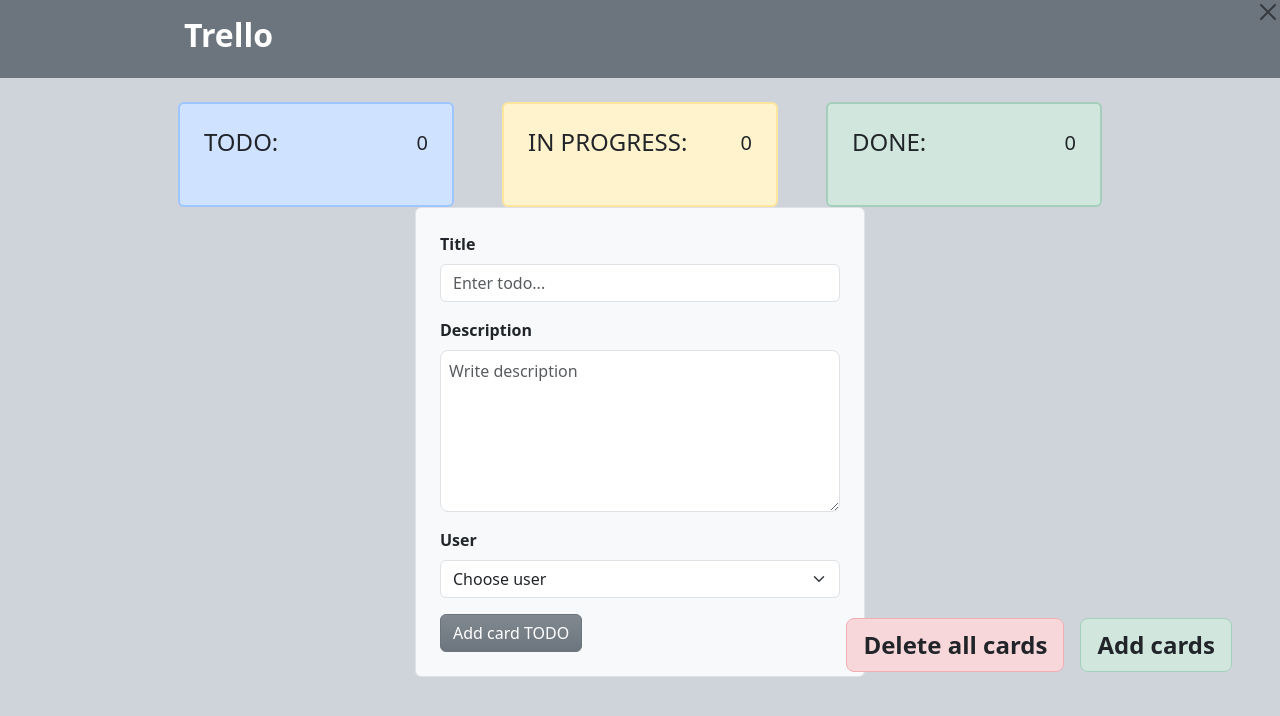
Repository: Valeria154/trello-app-clone
Page: / (app in trello-app-project/)
The author's editor kept a copy of each file at every save. The page is drawn from the files as they stood at one save, then again after the next save.
The browser window is 1280 px wide. The pictures show the whole page.
The project was rebuilt for these pictures with package versions that can differ from the ones it lists, and the page was loaded fresh each time. Also part of the build but not shown: trello-app-project/vite.config.js.

Above is the page before, as saved 2025-03-15 19:59:36.
Console error: ReferenceError: showClock is not defined

After the next save:
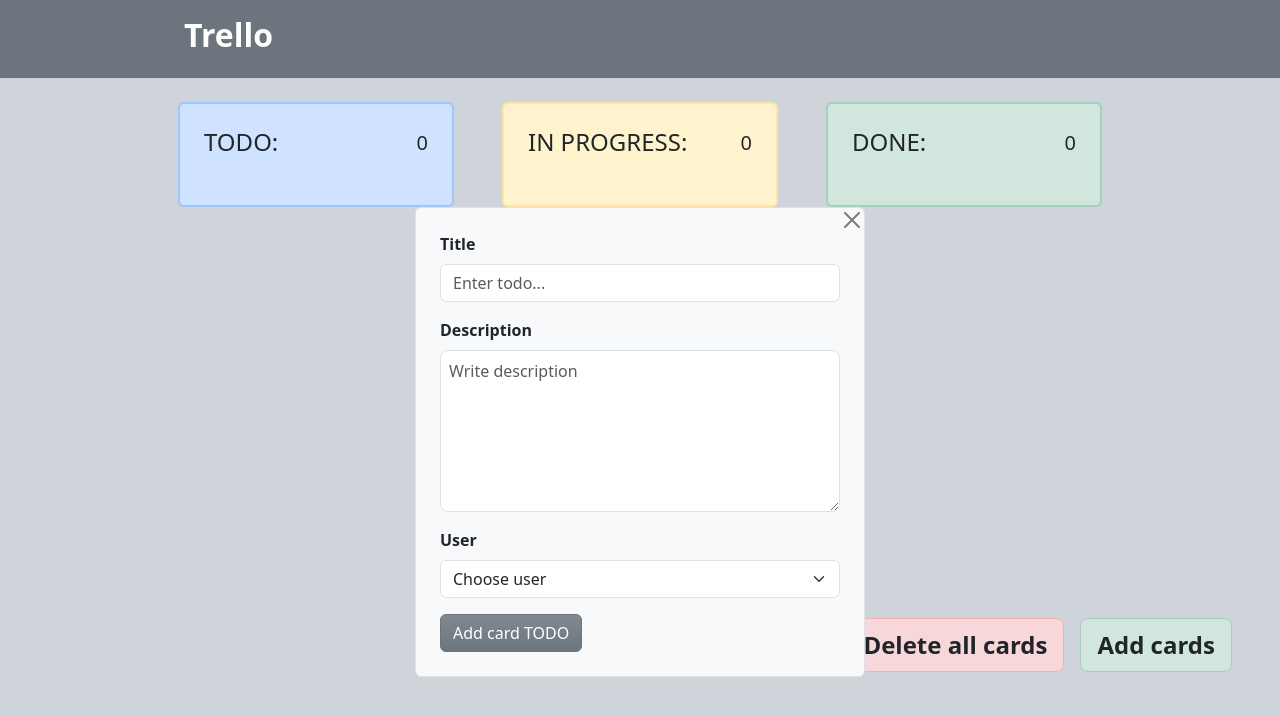
Saved 14 s later.
--- a/trello-app-project/src/index.html
+++ b/trello-app-project/src/index.html
@@ -53,7 +53,7 @@
 			</div>
 			<!-- Modal TODO -->
 			<div class="d-flex justify-content-center align-items-center">
-				<form class="p-4 border rounded bg-light text-start fw-semibold w-50">
+				<form class="p-4 border rounded bg-light text-start fw-semibold w-50 position-relative">
 					<div class="mb-3">
 						<label for="titile" class="form-label">Title</label>
 						<input type="text" class="form-control" id="title" placeholder="Enter todo...">
